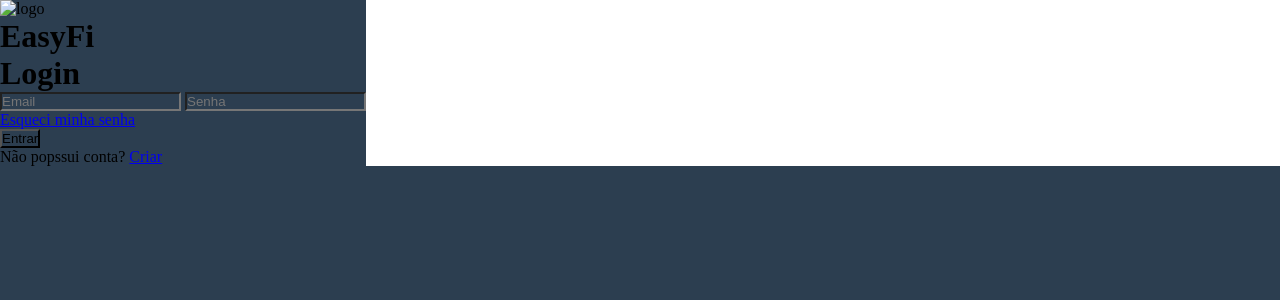
Repository: Ingridiag/projeto-engenharia
Page: login.html
The author's editor kept a copy of each file at every save. The page is drawn from the files as they stood at one save, then again after a run of saves.
The browser window is 1280 px wide. The pictures show the whole page.

Above is the page before, as saved 2024-10-28 14:51:35.

### login.html
<!DOCTYPE html>
<html lang="pt">

<head>
    <meta charset="UTF-8">
    <meta name="viewport" content="width=device-width, initial-scale=1.0">
    <link rel="stylesheet" href="style.css">
    <title>Login</title>
</head>

<body>
    <div class="container">

        <!-- Tela Login -->
        <div class="login">
            <div class="primeira-coluna">
                <div>
                    <img src="#" alt="logo">
                    <h1>EasyFi</h1>
                </div>
                <div>
                    <h1 class="title">Login</h1>
                    <form>
                        <input type="email" placeholder="Email">
                        <input type="password" placeholder="Senha">
                    </form>
                    <div>
                        <a href="#" class="link">Esqueci minha senha</a>

                    </div>
                    <div class="btn-default">
                        <button>
                            Entrar
                        </button>
                    </div>
                    <div>
                        <p>Não popssui conta?
                            <span>
                                <a href="#" class="link">Criar</a>
                            </span>
                        </p>
                    </div>
                </div>
            </div>
        </div>

        <div class="cadastro"></div>



    </div>

</body>

</html>

### style.css
* {
    margin: 0;
    padding: 0;
    box-sizing: border-box;
    background: #2C3E50;
}
.container{
    background: #fff;
    display: flex;
}

.primeira-coluna{
    display: flex;
    flex-direction: column;
}

After the next 2 saves:
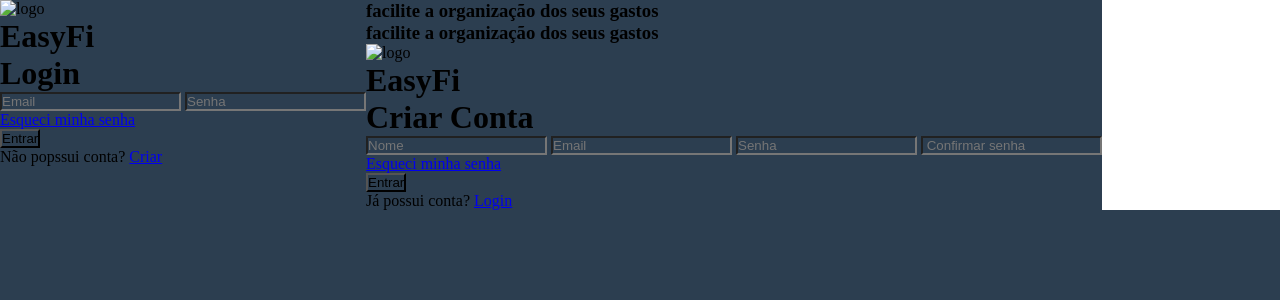
The 2 saves are shown as one change because they came seconds apart.
The last was saved 8 s later.
--- a/login.html
+++ b/login.html
@@ -44,7 +44,51 @@
             </div>
         </div>
 
-        <div class="cadastro"></div>
+        <div class="cadastro"><div class="segunda-coluna">
+            <h3 class="mensagem">
+                facilite a organização dos seus gastos
+            </h3>
+        </div>
+
+        <!-- Tela Cadastro -->
+        <div class="primeira-coluna">
+            <h3 class="mensagem">
+                facilite a organização dos seus gastos
+            </h3>
+        </div>
+
+        <div class="segunda-coluna">
+            <div>
+                <img src="#" alt="logo">
+                <h1>EasyFi</h1>
+            </div>
+            <div>
+                <h1 class="title">Criar Conta</h1>
+                <form>
+                    <input type="text" placeholder="Nome">
+                    <input type="email" placeholder="Email">
+                    <input type="password" placeholder="Senha">
+                    <input type="password" placeholder=" Confirmar senha">
+                </form>
+                <div>
+                    <a href="#" class="link">Esqueci minha senha</a>
+
+                </div>
+                <div class="btn-default">
+                    <button>
+                        Entrar
+                    </button>
+                </div>
+                <div>
+                    <p>Já possui conta?
+                        <span>
+                            <a href="#" class="link">Login</a>
+                        </span>
+                    </p>
+                </div>
+            </div>
+        </div>
+    </div>
 
 
 

After the 3 saves that followed:
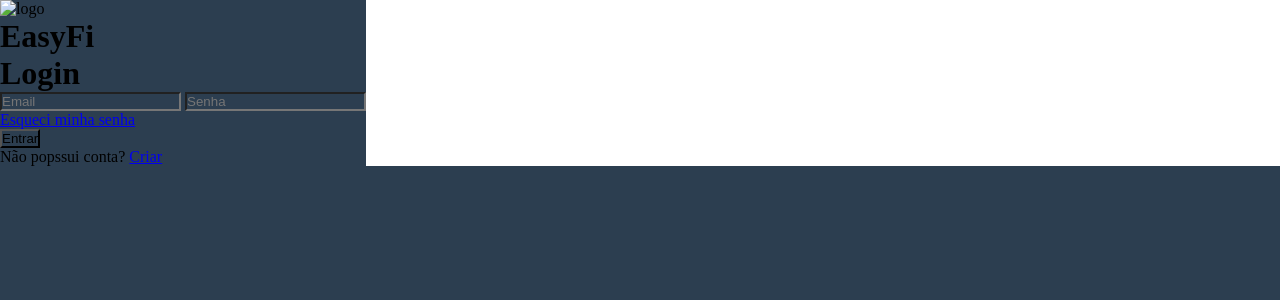
The 3 saves are shown as one change because 2 left the picture as it was.
The last was saved 26 s later.
--- a/login.html
+++ b/login.html
@@ -44,51 +44,7 @@
             </div>
         </div>
 
-        <div class="cadastro"><div class="segunda-coluna">
-            <h3 class="mensagem">
-                facilite a organização dos seus gastos
-            </h3>
-        </div>
-
-        <!-- Tela Cadastro -->
-        <div class="primeira-coluna">
-            <h3 class="mensagem">
-                facilite a organização dos seus gastos
-            </h3>
-        </div>
-
-        <div class="segunda-coluna">
-            <div>
-                <img src="#" alt="logo">
-                <h1>EasyFi</h1>
-            </div>
-            <div>
-                <h1 class="title">Criar Conta</h1>
-                <form>
-                    <input type="text" placeholder="Nome">
-                    <input type="email" placeholder="Email">
-                    <input type="password" placeholder="Senha">
-                    <input type="password" placeholder=" Confirmar senha">
-                </form>
-                <div>
-                    <a href="#" class="link">Esqueci minha senha</a>
-
-                </div>
-                <div class="btn-default">
-                    <button>
-                        Entrar
-                    </button>
-                </div>
-                <div>
-                    <p>Já possui conta?
-                        <span>
-                            <a href="#" class="link">Login</a>
-                        </span>
-                    </p>
-                </div>
-            </div>
-        </div>
-    </div>
+        <div class="cadastro"></div>
 
 
 
